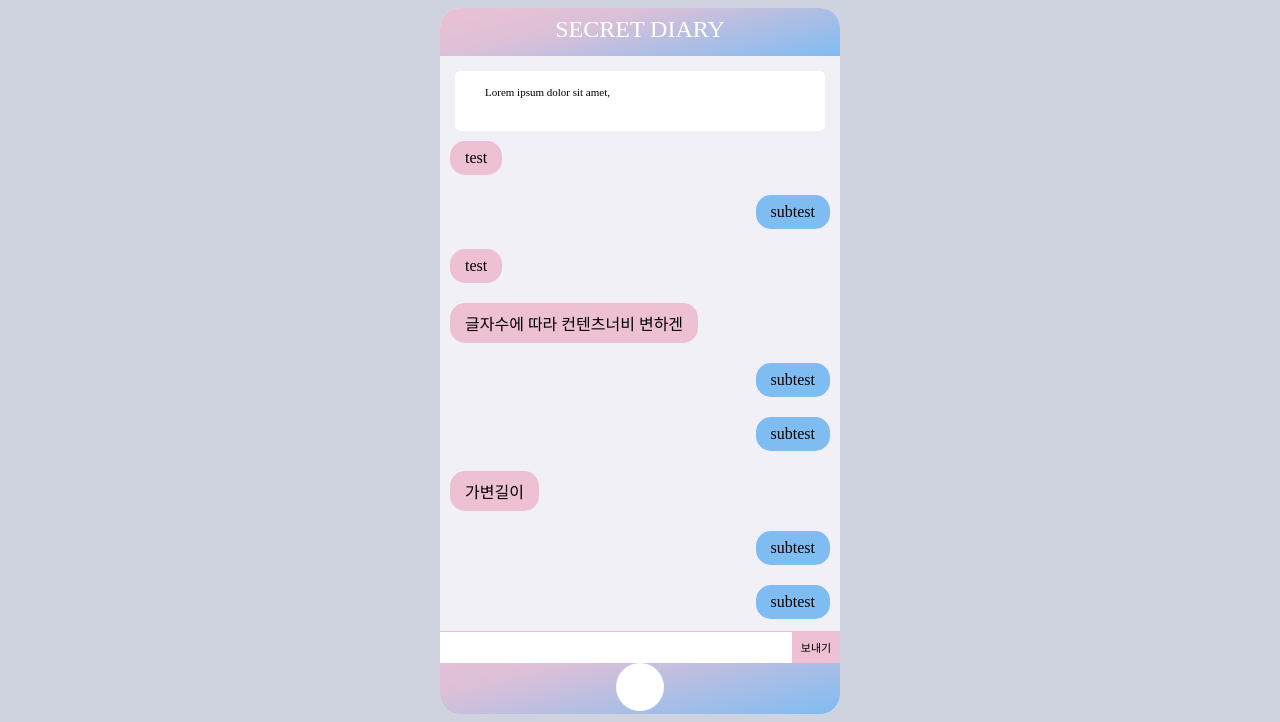
Repository: jinhee196/diary
Page: index.html
An editor plug-in stored every save of this project. The page is shown before and after the next save, followed by the edit.
The browser window is 1280 px wide. The pictures show the whole page.

Above is the page before, as saved 2021-06-04 13:17:27.

### index.html
<!DOCTYPE html>
<html lang="ko">
<head>
    <meta charset="UTF-8">
    <meta http-equiv="X-UA-Compatible" content="IE=edge">
    <meta name="viewport" content="width=device-width, initial-scale=1.0">
    <title>secret Note</title>
    <link rel="stylesheet" href="style.css">
</head>
<body>
  <div class="container">
      <header class="header">SECRET DIARY</header>
      <section id="morning">
        <p class="desc">Lorem ipsum dolor sit amet, </p>
        <ul class="items">
          <li class="item">test</li>
          <li class="item-sub">subtest</li>
          <li class="item">test</li>
          <li class="item">글자수에 따라 컨텐츠너비 변하겐</li>
          <li class="item-sub">subtest</li>
          <li class="item-sub">subtest</li>
          <li class="item">가변길이</li>
          <li class="item-sub">subtest</li>
          <li class="item-sub">subtest</li>
          <li class="item-sub">subtest</li>

        </ul>
        <div class="message">
        <input type="text" class="footer__input" />
        <button class="footer__submit">보내기</button>
        </div>
    </section>
    <footer class="footer">

      <button class="footer__button">
         <i class="fas fa-plus"></i>
       </button>
     </footer>
  </div>
</body>
</html>

### style.css
* {
  box-sizing: border-box;
}
ul {
  padding: 0;
}

button {
  outline: none;
  background: transparent;
  border: none;
  cursor: pointer;
}
body {
  background-color: #ced3df;
  text-align: center;
}

.container {
  width: 400px;
  margin: auto;
  background-color: #f1f0f7;
  border-radius: 20px;
}

.header {
  height: 48px;
  padding: 8px;
  font-size: 24px;
  background: rgba(237, 193, 211);

  background: linear-gradient(
    166deg,
    rgba(237, 193, 211, 1) 0%,
    rgba(219, 192, 216, 1) 35%,
    rgba(127, 188, 242, 1) 100%
  );
  border-radius: 20px 20px 0 0;
  color: #fff;
}
#morning {
  height: 560px;
  display: block;
}
.desc {
  width: 370px;
  height: 60px;
  font-size: 11px;
  text-align: left;
  padding: 15px 30px;
  margin: 15px auto 0;
  background-color: #fff;
  border-radius: 5px;
}
.items {
  height: 500px;
  overflow-y: auto;
  margin: 0;
}

.item {
  padding: 8px 15px;
  margin: 10px;
  border-radius: 15px;
  background: rgba(237, 193, 211);
  display: inline-block;
  float: left;
  clear: both;
}
.item-sub {
  padding: 8px 15px;
  margin: 10px;
  border-radius: 15px;
  background: rgba(127, 188, 242, 1);
  display: inline-block;
  float: right;
  clear: both;
}

.footer {
  background: rgba(237, 193, 211);

  background: linear-gradient(
    166deg,
    rgba(237, 193, 211, 1) 0%,
    rgba(219, 192, 216, 1) 35%,
    rgba(127, 188, 242, 1) 100%
  );
  border-radius: 0 0 20px 20px;
}
.message {
  width: 100%;
}
.footer__input {
  width: 88%;
  height: 32px;
  border: none;
  outline: none;
  font-size: 14px;
  font-weight: 400;
  padding: 0 16px;
  float: left;
  border-top: 1px solid rgba(237, 193, 211);
}

.footer__submit {
  width: 12%;
  height: 32px;
  float: right;
  background-color: rgba(237, 193, 211);
  font-size: 11px;
  padding: 0;
}
.footer__button {
  width: 48px;
  height: 48px;
  background-color: #fff;
  border-radius: 50%;
  color: #fff;
  font-size: 28px;
  transition: transform 300ms ease-in;
}

.footer__button:hover {
  transform: scale(1.1);
}

After the next save:
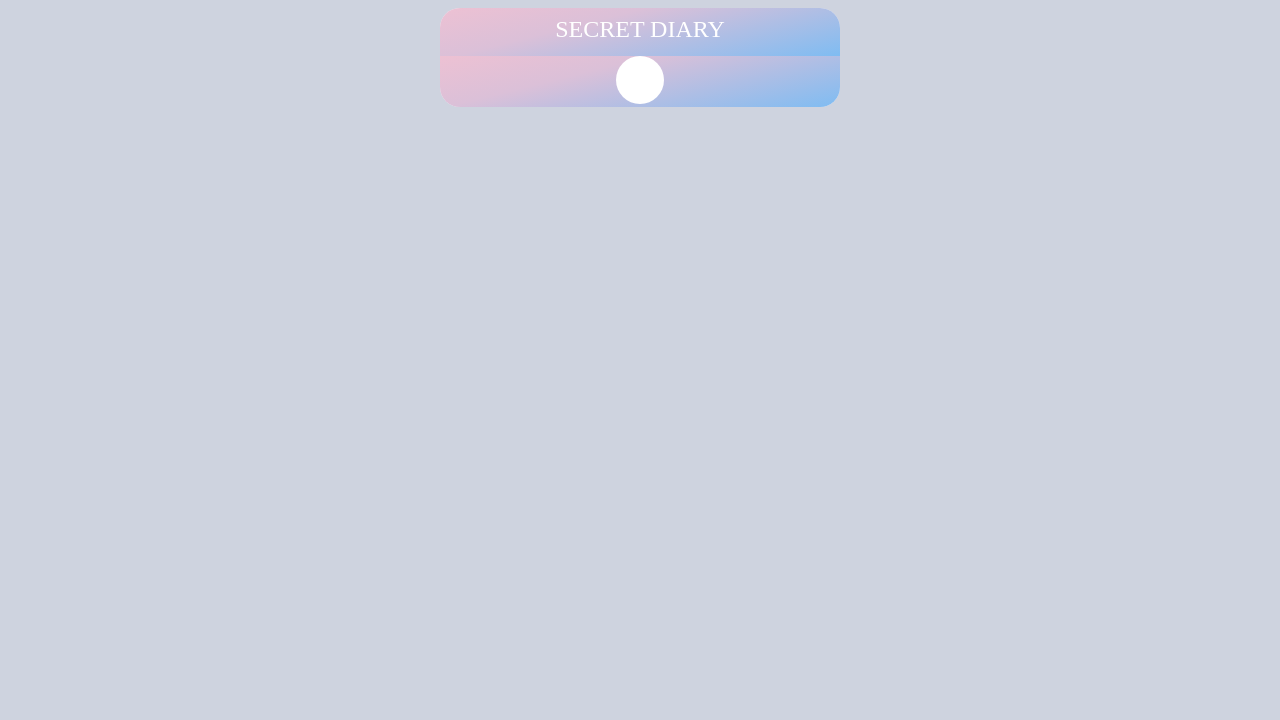
Saved 6 s later.
--- a/style.css
+++ b/style.css
@@ -40,7 +40,7 @@ body {
 }
 #morning {
   height: 560px;
-  display: block;
+  display: none;
 }
 .desc {
   width: 370px;
